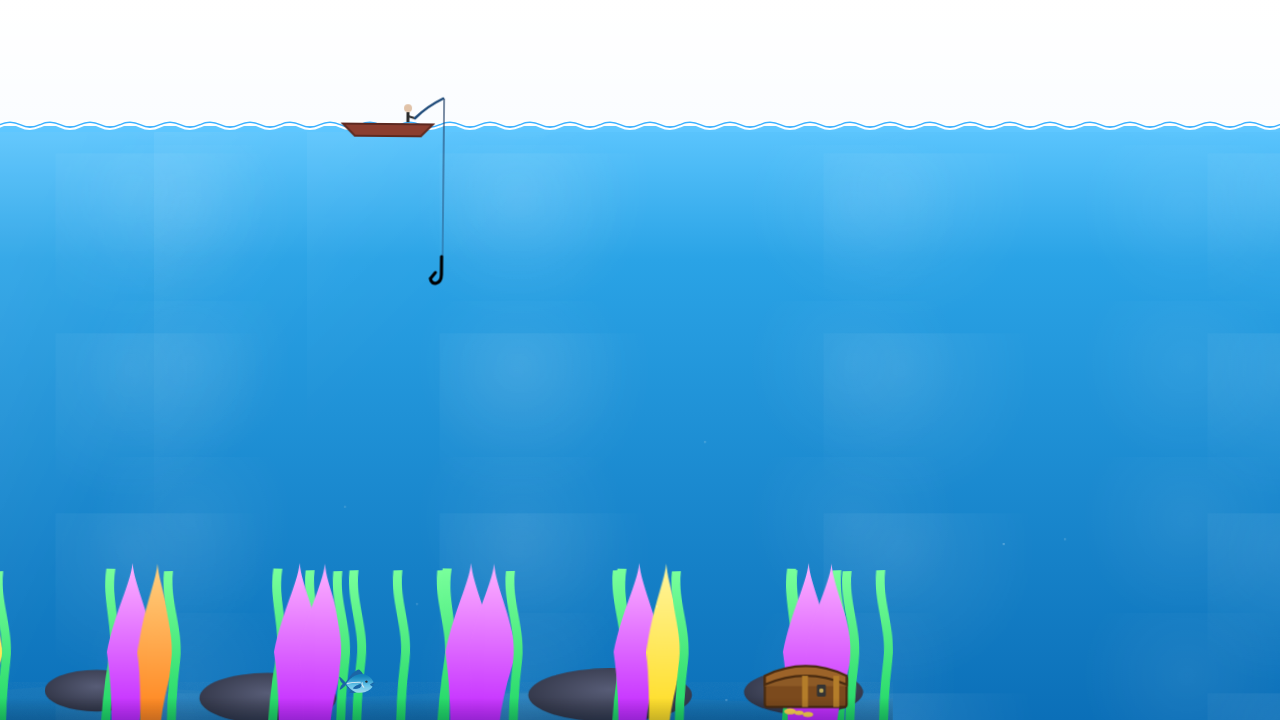
Repository: DeepFriedTurkey441/fd_game_project
Page: index.html
These files come from the project's save history. The page is drawn as it stood at one moment and after the next save; the edit follows.
The browser window is 1280 px wide. The pictures show the whole page.

Above is the page before, as saved 2025-09-23 11:00:34.

After the next save:
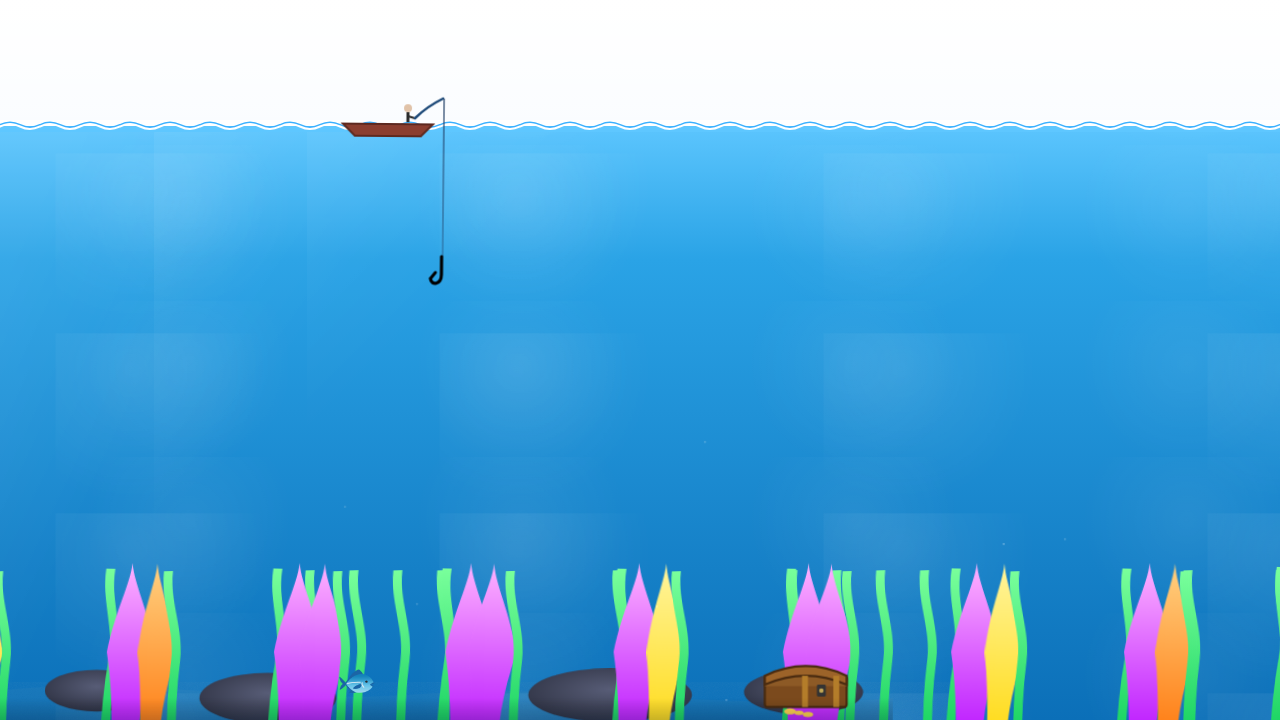
Saved 14 s later.
--- a/style.css
+++ b/style.css
@@ -10,7 +10,7 @@ body {
     position: relative;
     width: 100vw;
     height: 100vh;
-    overflow: hidden;
+    overflow: visible; /* allow rightmost SVG content to reach the viewport edge */
     background: linear-gradient(#f9fbff 0%, #eaf3ff 16.66%, #5ec7ff 16.66%, #2aa3e6 36%, #0b6fb8 100%);
   }
 
@@ -55,7 +55,7 @@ body {
   /* (reverted) */
 
 /* Realistic aquarium background container */
-#aquarium-bg { position:absolute; left:0; right:0; bottom:0; height: 62vh; z-index:1; pointer-events:none; }
+#aquarium-bg { position:absolute; left:0; right:0; bottom:0; height: 62vh; z-index:1; pointer-events:none; overflow:visible; }
 /* Plant sway animations */
 .sway { animation: sway 6s ease-in-out infinite; transform-origin: 50% 100%; transform-box: fill-box; }
 .sway.slow { animation-duration: 8.5s; }
